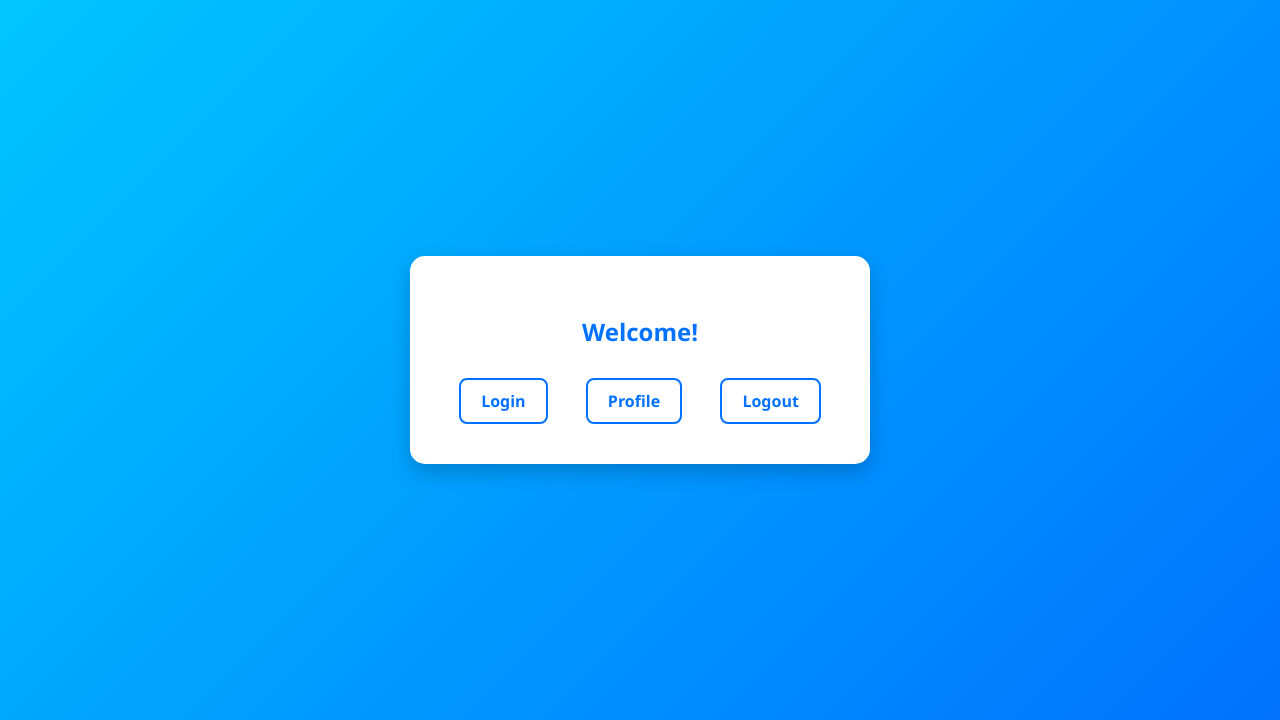
Repository: Mali-Sagar-A/Advance_Web_Java
Page: SessionLogin/src/main/webapp/link.html
The author's editor kept a copy of each file at every save. The page is drawn from the files as they stood at one save, then again after the next save.
The browser window is 1280 px wide. The pictures show the whole page.

Above is the page before, as saved 2025-05-16 19:06:05.

### SessionLogin/src/main/webapp/link.html
<!DOCTYPE html>
<html lang="en">
<head>
  <meta charset="UTF-8">
  <title>Welcome</title>

  <style>
    body {
      margin: 0;
      font-family: 'Segoe UI', Tahoma, Geneva, Verdana, sans-serif;
      background: linear-gradient(135deg, #00c6ff, #0072ff);
      display: flex;
      justify-content: center;
      align-items: center;
      height: 100vh;
    }

    .card {
      background-color: white;
      padding: 40px 30px;
      border-radius: 15px;
      box-shadow: 0 8px 20px rgba(0, 0, 0, 0.2);
      text-align: center;
      width: 90%;
      max-width: 400px;
    }

    h2 {
      color: #0072ff;
      margin-bottom: 25px;
    }

    .nav-links {
      display: flex;
      justify-content: space-around;
      margin-top: 30px;
    }

    .nav-links a {
      text-decoration: none;
      color: #0072ff;
      font-weight: bold;
      padding: 10px 20px;
      border: 2px solid #0072ff;
      border-radius: 8px;
      transition: 0.3s ease;
    }

    .nav-links a:hover {
      background-color: #0072ff;
      color: white;
    }

    .success-message {
      font-size: 1.1em;
      color: green;
      font-weight: 600;
    }
  </style>
</head>
<body>

  <div class="card">
    <h2>Welcome!</h2>


    <div class="nav-links">
      <a href="login.html">Login</a>
      <a href="servlet2">Profile</a>
      <a href="servlet3">Logout</a>
    </div>
  </div>

</body>
</html>

After the next save:
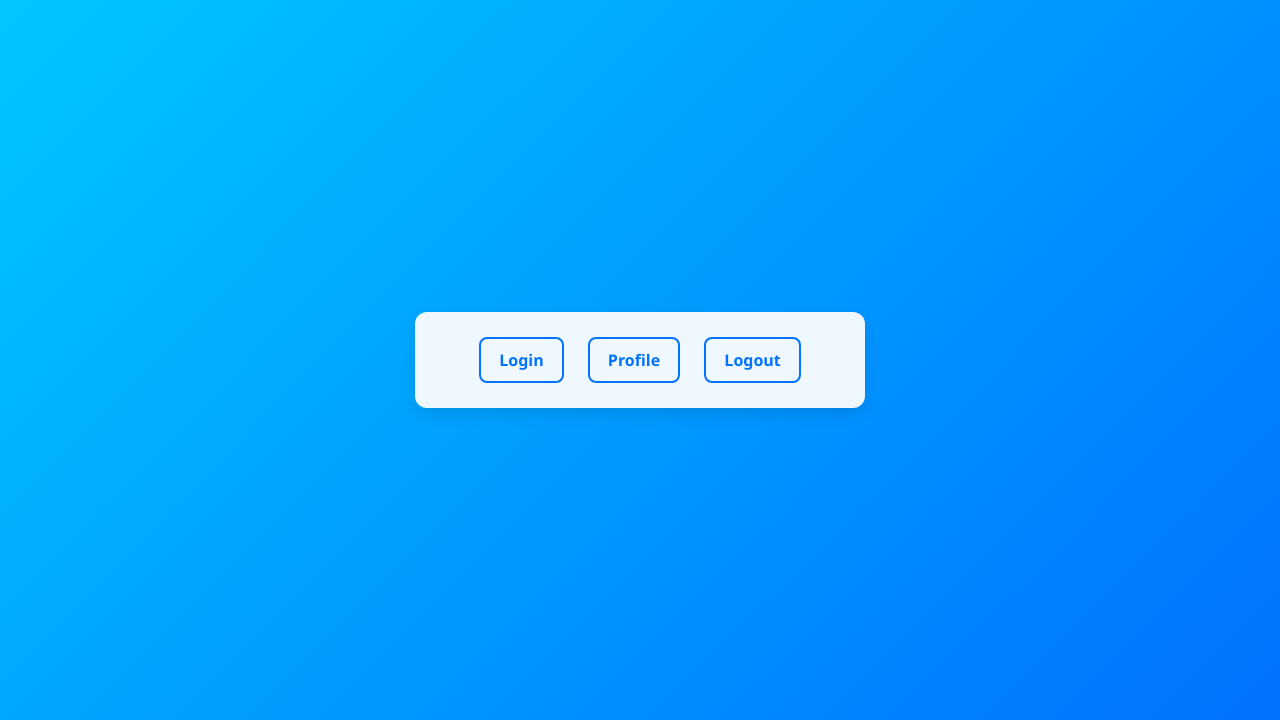
Saved 5 s later.
--- a/SessionLogin/src/main/webapp/link.html
+++ b/SessionLogin/src/main/webapp/link.html
@@ -2,7 +2,7 @@
 <html lang="en">
 <head>
   <meta charset="UTF-8">
-  <title>Welcome</title>
+  <title>Login Success</title>
 
   <style>
     body {
@@ -10,60 +10,72 @@
       font-family: 'Segoe UI', Tahoma, Geneva, Verdana, sans-serif;
       background: linear-gradient(135deg, #00c6ff, #0072ff);
       display: flex;
+      flex-direction: column;
+      align-items: center;
       justify-content: center;
-      align-items: center;
       height: 100vh;
     }
 
-    .card {
-      background-color: white;
-      padding: 40px 30px;
+    .welcome-box {
+      background-color: #fff;
+      padding: 30px;
       border-radius: 15px;
       box-shadow: 0 8px 20px rgba(0, 0, 0, 0.2);
       text-align: center;
-      width: 90%;
+      width: 80%;
       max-width: 400px;
+      margin-bottom: 20px;
     }
 
-    h2 {
+    .welcome-box h2 {
       color: #0072ff;
-      margin-bottom: 25px;
+      margin-bottom: 10px;
     }
 
-    .nav-links {
-      display: flex;
-      justify-content: space-around;
-      margin-top: 30px;
+    .success-message {
+      font-size: 1.1em;
+      color: green;
+      font-weight: bold;
+    }
+
+    .nav-box {
+      background-color: #f0f8ff;
+      padding: 25px;
+      border-radius: 12px;
+      box-shadow: 0 6px 15px rgba(0, 0, 0, 0.1);
+      width: 80%;
+      max-width: 400px;
+      text-align: center;
     }
 
     .nav-links a {
       text-decoration: none;
       color: #0072ff;
       font-weight: bold;
-      padding: 10px 20px;
+      padding: 10px 18px;
+      margin: 0 10px;
       border: 2px solid #0072ff;
       border-radius: 8px;
       transition: 0.3s ease;
+      display: inline-block;
     }
 
     .nav-links a:hover {
       background-color: #0072ff;
       color: white;
     }
-
-    .success-message {
-      font-size: 1.1em;
-      color: green;
-      font-weight: 600;
-    }
   </style>
 </head>
 <body>
 
-  <div class="card">
-    <h2>Welcome!</h2>
+  <!-- Welcome Message Box -->
 
 
+
+
+
+  <!-- Navigation Links Box -->
+  <div class="nav-box">
     <div class="nav-links">
       <a href="login.html">Login</a>
       <a href="servlet2">Profile</a>
